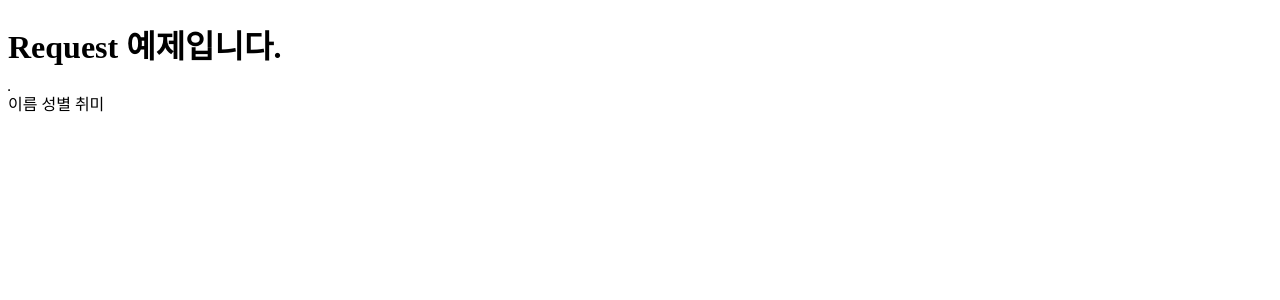
Repository: hyeri-seo/JSP
Page: http://localhost/JspExam5/requestTest1.jsp
These files come from the project's save history. The page is drawn as it stood at one moment and after the next save; the edit follows.
The browser window is 1280 px wide. The pictures show the whole page.
The page is served by Tomcat 9.

Above is the page before, as saved 2023-09-20 03:42:41.

After the next save:
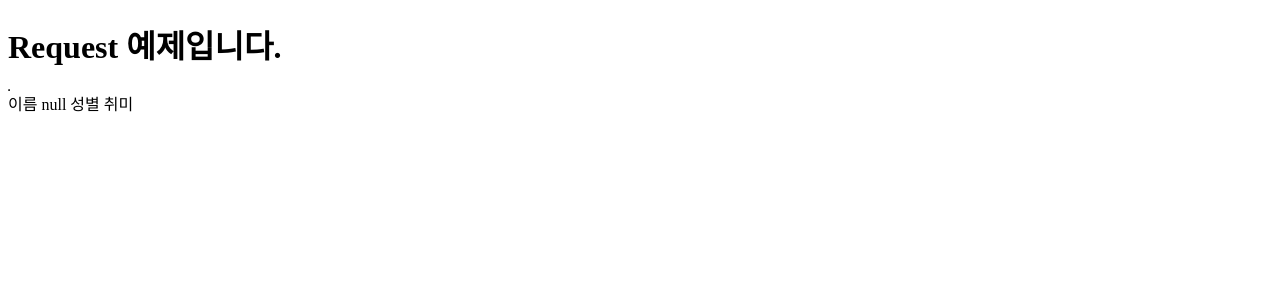
Saved 74 s later.
--- a/JspExam5/src/main/webapp/requestTest1.jsp
+++ b/JspExam5/src/main/webapp/requestTest1.jsp
@@ -12,7 +12,7 @@
 </table>
 	<tr>
 		<td>이름</td>
-		<td></td>
+		<td><%=request.getParameter("") %></td>
 	</tr>
 	<tr>
 		<td>성별</td>
